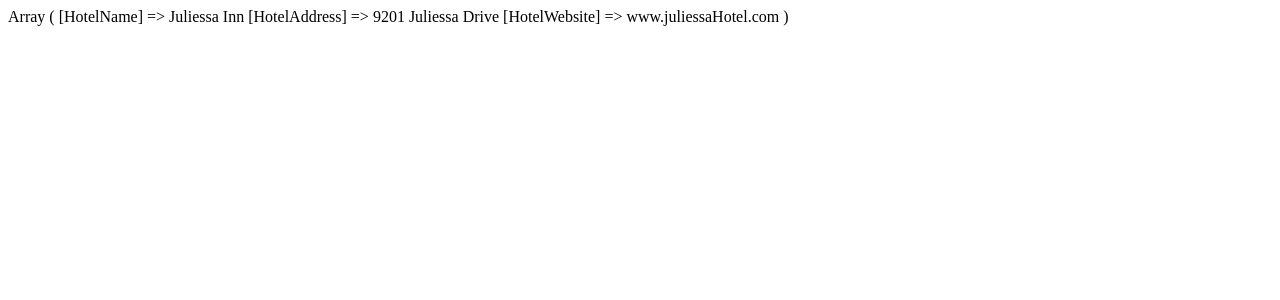
Repository: JulsR/Coding
Page: http://localhost/getData.php
These files come from the project's save history. The page is drawn as it stood at one moment and after the next save; the edit follows.
The browser window is 1280 px wide. The pictures show the whole page.
The page is run by PHP 8.4 with error messages shown; the project is at /var/www/html/.

Above is the page before, as saved 2015-03-07 19:11:49.

### classProject/getData.php
<?php
require_once 'hotel.php'; //allows you to use the demo.php file.

// $hotelObj  = new Hotel();

// $hotelObj->getHotelName();
// print_r($hotelObj);

$ht=HotelFactory::create();

// print_r($ht->getHotelName());
$hoteldata = $ht->getHotelName();
print_r($hoteldata);

// print_r($hotelObj[0]);
// print_r($hotelObj['HotelName']);
// var_dump($hotel);

// $hAdd ->getHotelAddress();
// echo $hAdd;

// $hWeb ->getHotelWebsite();
// echo $hWeb;


?>

### classProject/hotel.php
<?php

/*
 * The Assignment - create a class that, when instantiated, pulls all data from an imaginary table named oti_hotel
 * and stores it in a private array inside the class.
 *
 * oti_hotels fields:
 * hotel_name
 * hotel_address
 * hotel_web_site
 *
 */
class Hotel {

	private $oti_hotel = array ();

	public function __construct() {
		$this->oti_hotel = $oti_hotel = array (
				"HotelName" => "Juliessa Inn",
				"HotelAddress" => "9201 Juliessa Drive",
				"HotelWebsite" => "www.juliessaHotel.com"
		);
	}

	public function getHotelName() {
		return $this->oti_hotel;
	}
}


class HotelFactory {
	public static function create() {
		return new Hotel ();
	}
}
?>

After the next save:
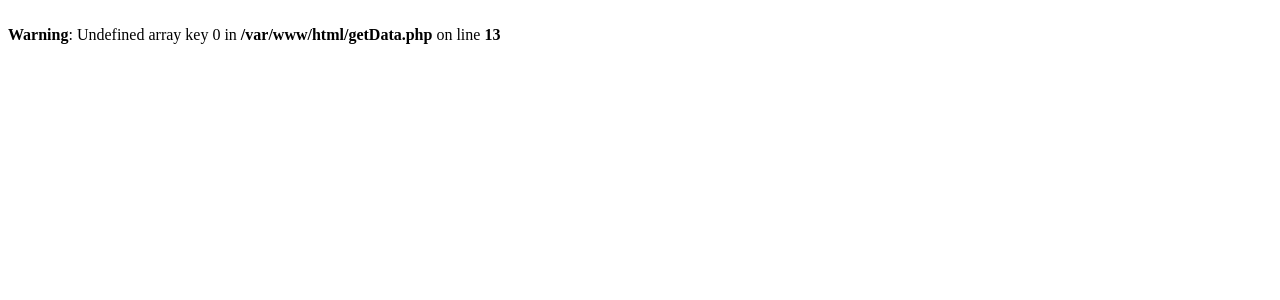
Saved 12 s later.
--- a/classProject/getData.php
+++ b/classProject/getData.php
@@ -10,7 +10,7 @@ $ht=HotelFactory::create();
 
 // print_r($ht->getHotelName());
 $hoteldata = $ht->getHotelName();
-print_r($hoteldata);
+print_r($hoteldata[0]);
 
 // print_r($hotelObj[0]);
 // print_r($hotelObj['HotelName']);
